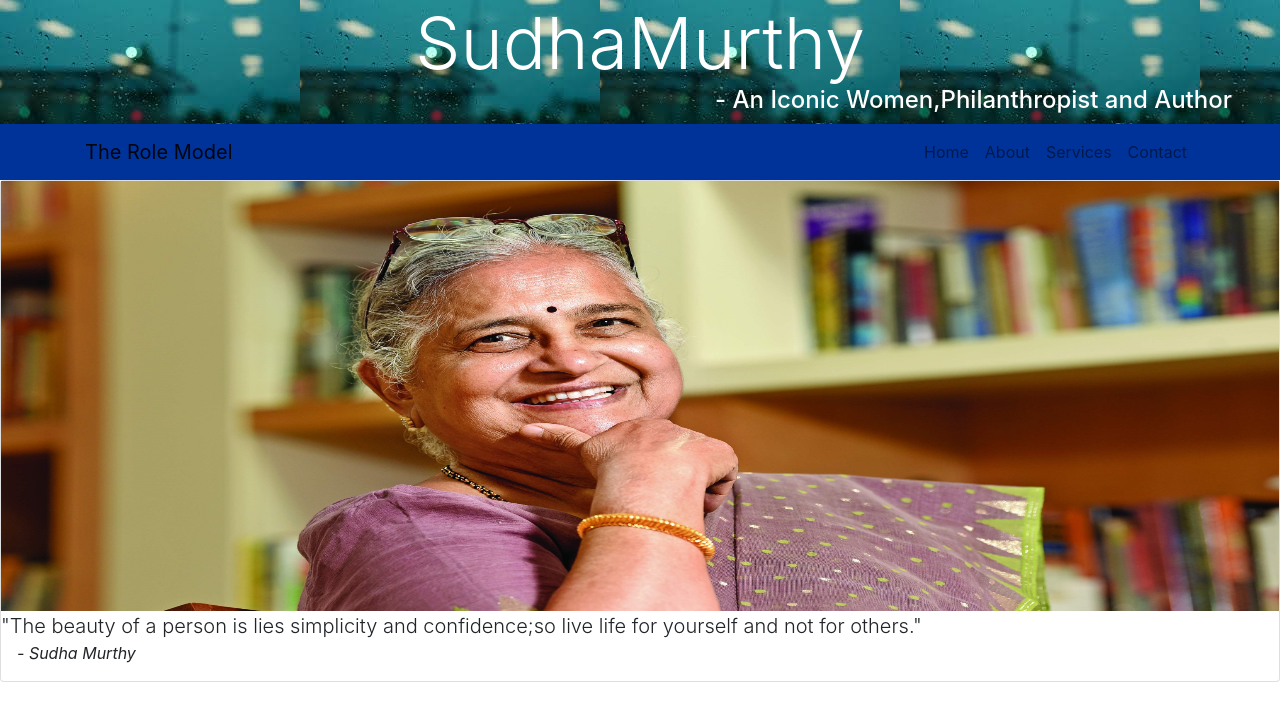
Repository: sumanthr18/RoleModel
Page: index.html
These files come from the project's save history. The page is drawn as it stood at one moment and after the next save; the edit follows.
The browser window is 1280 px wide. The pictures show the whole page.

Above is the page before, as saved 2020-03-14 17:41:18.

### index.html
<!DOCTYPE html>
<html lang="en">
<head>
    <meta charset="UTF-8">
    <meta name="viewport" content="width=device-width, initial-scale=1.0">
    <title>SudhaMurthy</title>
    <link rel="stylesheet" href="https://stackpath.bootstrapcdn.com/bootstrap/4.4.1/css/bootstrap.min.css" integrity="sha384-Vkoo8x4CGsO3+Hhxv8T/Q5PaXtkKtu6ug5TOeNV6gBiFeWPGFN9MuhOf23Q9Ifjh" crossorigin="anonymous">
</head>
<body>
    <header style="background-image: url(images.jpg);padding-bottom: 0.1%;">
        <h1 class="display-3 text-center my-0 text-white ">SudhaMurthy</h1>
        <h4 class="text-right mr-5 text-white">- An Iconic Women,Philanthropist and Author</h4>
    </header>
    <nav style="background-color: #003399;" class="navbar navbar-expand-sm navbar-light mb-0">
        <div class="container">
            <a class="navbar-brand " href="#">The Role Model</a>
            <button class="navbar-toggler" data-toggle="collapse" data-target="#navbarNav">
                <span class="navbar-toggler-icon"></span>
            </button>
            <div class="collapse navbar-collapse" id="navbarNav">
                <ul class="navbar-nav ml-auto">
                    <li class="nav-item">
                        <a class="nav-link" href="#">Home</a>
                    </li>
                    <li class="nav-item">
                        <a class="nav-link" href="#">About</a>
                    </li>
                    <li class="nav-item">
                        <a class="nav-link" href="#">Services</a>
                    </li>
                    <li class="nav-item">
                        <a class="nav-link" href="#">Contact</a>
                    </li>
                </ul>
            </div>
        </div>
    </nav>
    <div class="card">
        <img class="" style="width:100%;height:430px" src="Sudha_Murty_1-update.jpg">
        <blockquote>
            <p class="mb-0 lead">"The beauty of a person is lies simplicity and confidence;so live life for yourself and not for others."</p>
            <footer class="ml-3"><cite>- Sudha Murthy</cite></footer>
        </blockquote>
    </div>
</body>
</html>

After the next save:
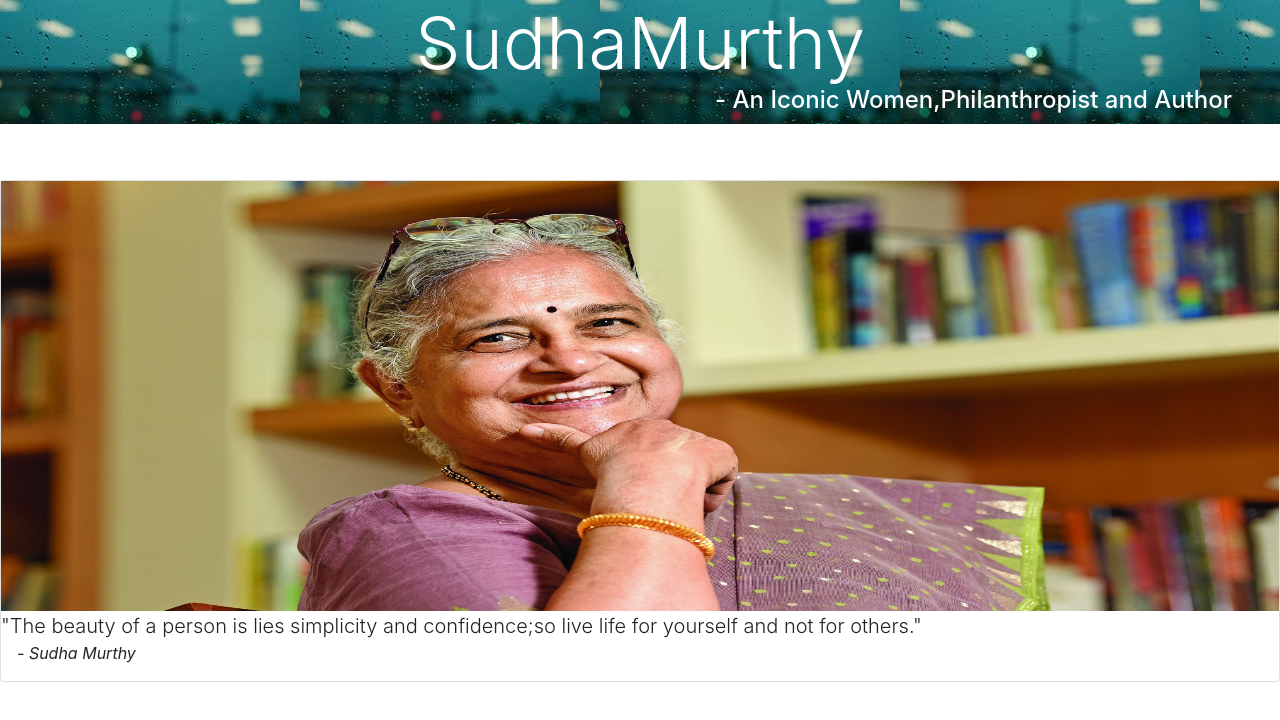
Saved 55 s later.
--- a/index.html
+++ b/index.html
@@ -11,7 +11,7 @@
         <h1 class="display-3 text-center my-0 text-white ">SudhaMurthy</h1>
         <h4 class="text-right mr-5 text-white">- An Iconic Women,Philanthropist and Author</h4>
     </header>
-    <nav style="background-color: #003399;" class="navbar navbar-expand-sm navbar-light mb-0">
+    <nav class="navbar navbar-expand-sm navbar-light navbar-dark mb-0">
         <div class="container">
             <a class="navbar-brand " href="#">The Role Model</a>
             <button class="navbar-toggler" data-toggle="collapse" data-target="#navbarNav">
